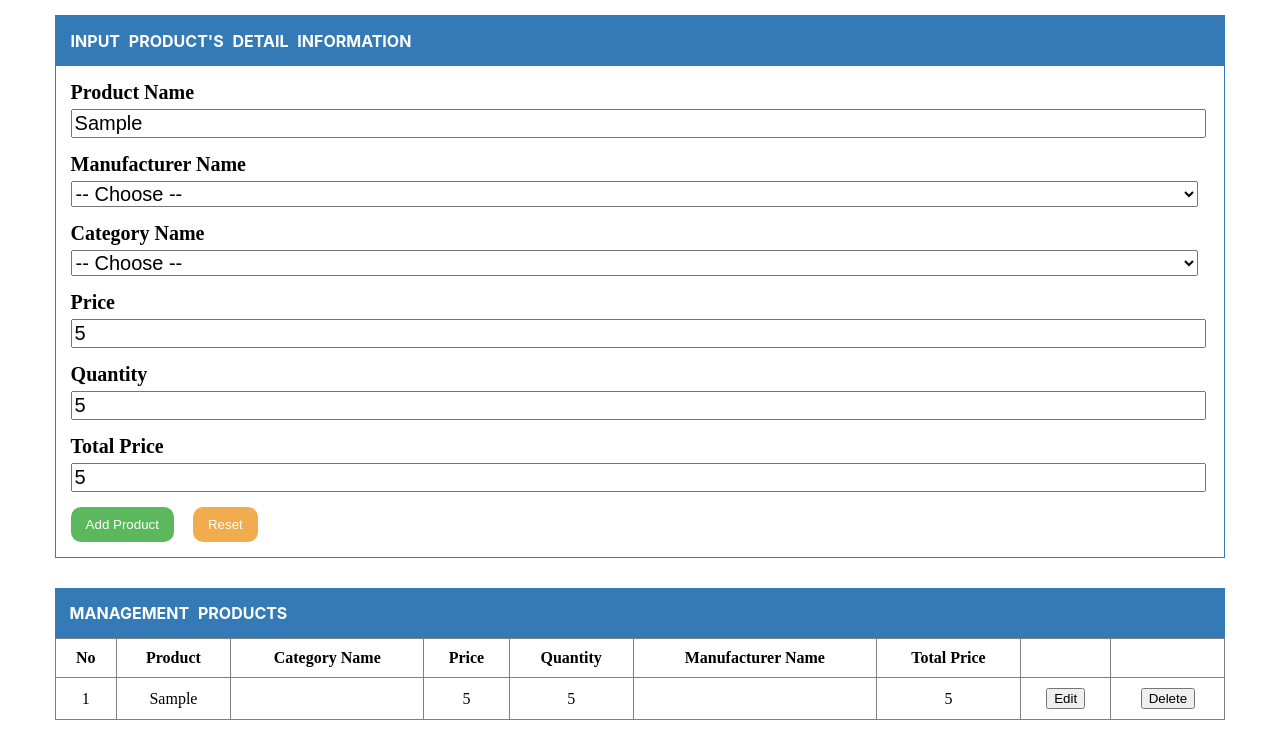
Repository: AnhDuc0125/HTML-Aptech
Page: bt2019/index.html
These files come from the project's save history. The page is drawn as it stood at one moment and after the next save; the edit follows.
The browser window is 1280 px wide. The pictures show the whole page.
Empty fields were first filled with sample values (such as "Sample", 5 or name@example.com).
After loading, the first visible `button.add-btn` was clicked once.

Above is the page before, as saved 2021-12-03 12:07:28.

### bt2019/index.html
<!DOCTYPE html>
<html lang="en">
<head>
    <meta charset="UTF-8">
    <meta http-equiv="X-UA-Compatible" content="IE=edge">
    <meta name="viewport" content="width=device-width, initial-scale=1.0">
    <title>Product Management</title>
    <style>
        .wrapper {
            width: 95%;
            margin: 0 auto;
        }

        .input {
            margin: 15px 15px 30px;
            border: 1px solid #337ab7;
        }

        .table {
            margin: 15px;
        }

        .header {
            background-color: #337ab7;
            color: white;
            padding: 15px;
            text-transform: uppercase;
            font-family: -apple-system, BlinkMacSystemFont, 'Segoe UI', Roboto, Oxygen, Ubuntu, Cantarell, 'Open Sans', 'Helvetica Neue', sans-serif;
            font-weight: bold;
            word-spacing: 5px;
        }

        .form-control label {
            font-weight: bold;
            margin-bottom: 5px;
        }

        .form-control label, .form-control select, .form-control input{
            display: block;
            width: 99%;
            font-size: 20px;
        }

        .form-control {
            margin: 15px;
        }

        .btn {
            padding: 10px 15px;
            margin-right: 15px;
            border-radius: 10px;
            border: none;
            cursor: pointer;
        }

        .reset-btn {
            background-color: #f1ad4d;
            color: white;
        }

        .add-btn {
            background-color: #5cb85c;
            color: white;
        }
    </style>
</head>
<body>
    <div class="wrapper">
        <div class="input">
            <div class="header">
                Input product's detail information
            </div>
            <div class="input-container">
                <form action="post">
                    <div class="form-control">
                        <label for="product-name">Product Name</label>
                        <input type="text" id="product-name-id">
                    </div>
                    <div class="form-control">
                        <label for="Manufacturer-name">Manufacturer Name</label>
                        <select id="manufacturer-name-id" onchange="changeManu()">
                            <option value="">-- Choose --</option>
                        </select>
                    </div>
                    <div class="form-control">
                        <label for="category-name">Category Name</label>
                        <select id="category-name-id">
                            <option value="">-- Choose --</option>
                        </select>
                    </div>
                    <div class="form-control">
                        <label for="price">Price</label>
                        <input type="number" id="price-id">
                    </div>
                    <div class="form-control">
                        <label for="quantity">Quantity</label>
                        <input type="number" id="quantity-id" onchange="addTotalPrice()">
                    </div>
                    <div class="form-control">
                        <label for="total-price">Total Price</label>
                        <input type="number" id="total-price-id">
                    </div>
                    <div class="form-control">
                        <button type="button" class="add-btn btn" onclick="showList()">Add Product</button>
                        <button type="reset" class="reset-btn btn" onclick="reset_input()">Reset</button>
                    </div>
                </form>
            </div>
        </div>
        <div class="table">
            <div class="header">
                Management Products
            </div>
            <div class="list">
                <table border="1" cellpadding="10" style="text-align: center; border-collapse: collapse; width: 100%;">
                    <thead>
                        <tr>
                            <th>No</th>
                            <th>Product</th>
                            <th>Category Name</th>
                            <th>Price</th>
                            <th>Quantity</th>
                            <th>Manufacturer Name</th>
                            <th>Total Price</th>
                            <th></th>
                            <th></th>
                        </tr>
                    </thead>
                    <tbody id="result">

                    </tbody>
                </table>
            </div>
        </div>
    </div>
    <script>
        var manuList = {
            "Apple" : ["Iphone 11", "Iphone 12", "Iphone 13"],
            "SamSung" : ["SamSung Galaxy S1", "SamSung Galaxy S2", "SamSung Galaxy S3"],
            "Google" : ["Google Pixel 4", "Google Pixel 5", "Google Pixel 6"]
        }

        manuListTag = document.getElementById('manufacturer-name-id')
        for(manu in manuList) {
            manuListTag.innerHTML += (` <option value="${manu}">${manu}</option>`)
        }

        function changeManu() {
            var key = manuListTag.value
            var cateList = manuList[key]
            var cateTag = document.getElementById('category-name-id')
            cateTag.innerHTML = ''
            for(cate of cateList){
                cateTag.innerHTML += (`<option value="${cate}">${cate}</option>`)
            }
        }

        function addTotalPrice() {
            var priceTag = document.getElementById('price-id').value
            var quantityTag = document.getElementById('quantity-id').value
            var totalPrice = priceTag * quantityTag

            totalPriceTag = document.getElementById('total-price-id').value = totalPrice
        }

        function reset_input() {
            cateTag = document.getElementById('category-name-id')
            cateTag.innerHTML = (`<option value="">-- Choose --</option>`)
        }

        var index = 0
        function showList() {
            productTag = document.getElementById('product-name-id').value
            cateTag = document.getElementById('category-name-id').value
            priceTag = document.getElementById('price-id').value
            quantityTag = document.getElementById('quantity-id').value
            manuTag = document.getElementById('manufacturer-name-id').value
            totalPriceTag = document.getElementById('total-price-id').value
            document.getElementById('result').innerHTML += (`
                <tr>
                    <td>${++index}</td>
                    <td>${productTag}</td>
                    <td>${cateTag}</td>
                    <td>${priceTag}</td>
                    <td>${quantityTag}</td>
                    <td>${manuTag}</td>
                    <td>${totalPriceTag}</td>
                    <td><button>Edit</button></td>
                    <td><button>Delete</button></td>
                </tr>
            `)
        }

    </script>
</body>
</html>

After the next save:
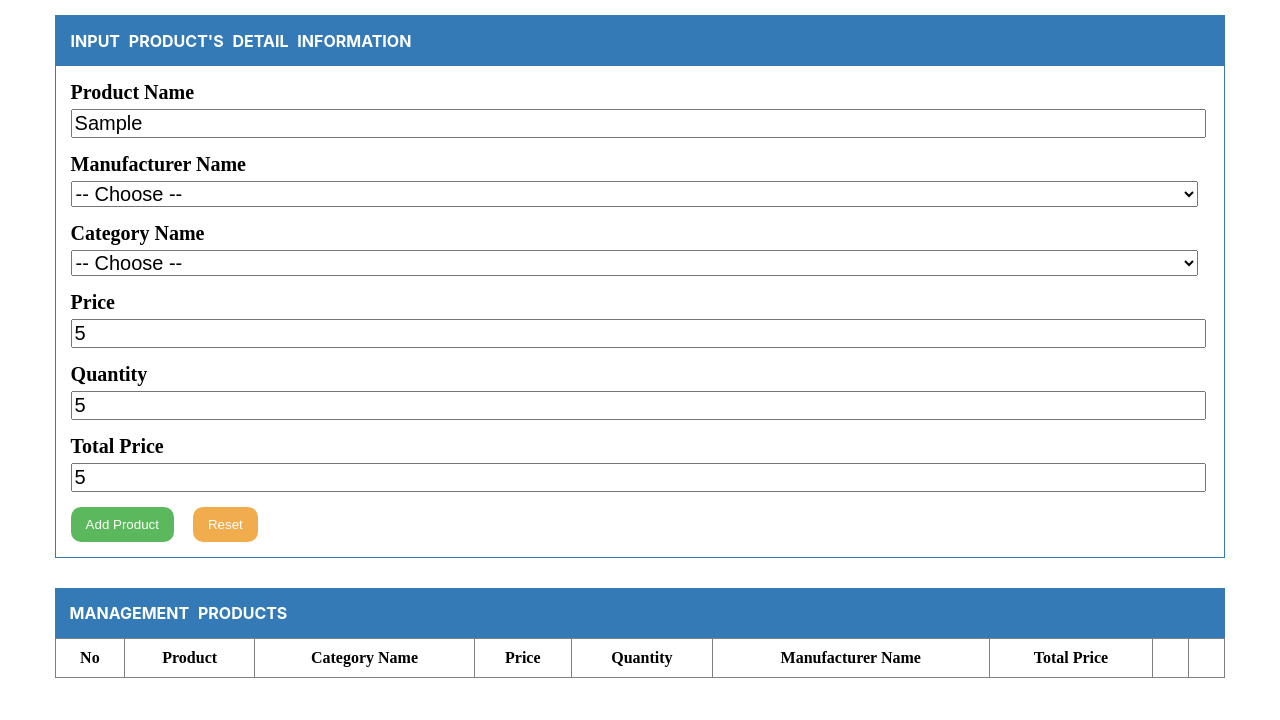
Console error: TypeError: Cannot read properties of undefined (reading 'productTag')
Saved 14 min 40 s later.
--- a/bt2019/index.html
+++ b/bt2019/index.html
@@ -176,21 +176,35 @@
             quantityTag = document.getElementById('quantity-id').value
             manuTag = document.getElementById('manufacturer-name-id').value
             totalPriceTag = document.getElementById('total-price-id').value
+
+            product = {
+                'productTag' : productTag,
+                'cateTag' : cateTag,
+                'priceTag' : priceTag,
+                'quantityTag' : quantityTag,
+                'manuTag' : manuTag,
+                'totalPriceTag' : totalPriceTag
+            }
+
             document.getElementById('result').innerHTML += (`
                 <tr>
-                    <td>${++index}</td>
-                    <td>${productTag}</td>
-                    <td>${cateTag}</td>
-                    <td>${priceTag}</td>
-                    <td>${quantityTag}</td>
-                    <td>${manuTag}</td>
-                    <td>${totalPriceTag}</td>
+                    <td>${index+1}</td>
+                    <td>${product[index].productTag}</td>
+                    <td>${product[index].cateTag}</td>
+                    <td>${product[index].priceTag}</td>
+                    <td>${product[index].quantityTag}</td>
+                    <td>${product[index].manuTag}</td>
+                    <td>${product[index].totalPriceTag}</td>
                     <td><button>Edit</button></td>
                     <td><button>Delete</button></td>
                 </tr>
             `)
         }
 
+        function deleteProduct(index) {
+
+        }
+
     </script>
 </body>
 </html>

After the save that followed:
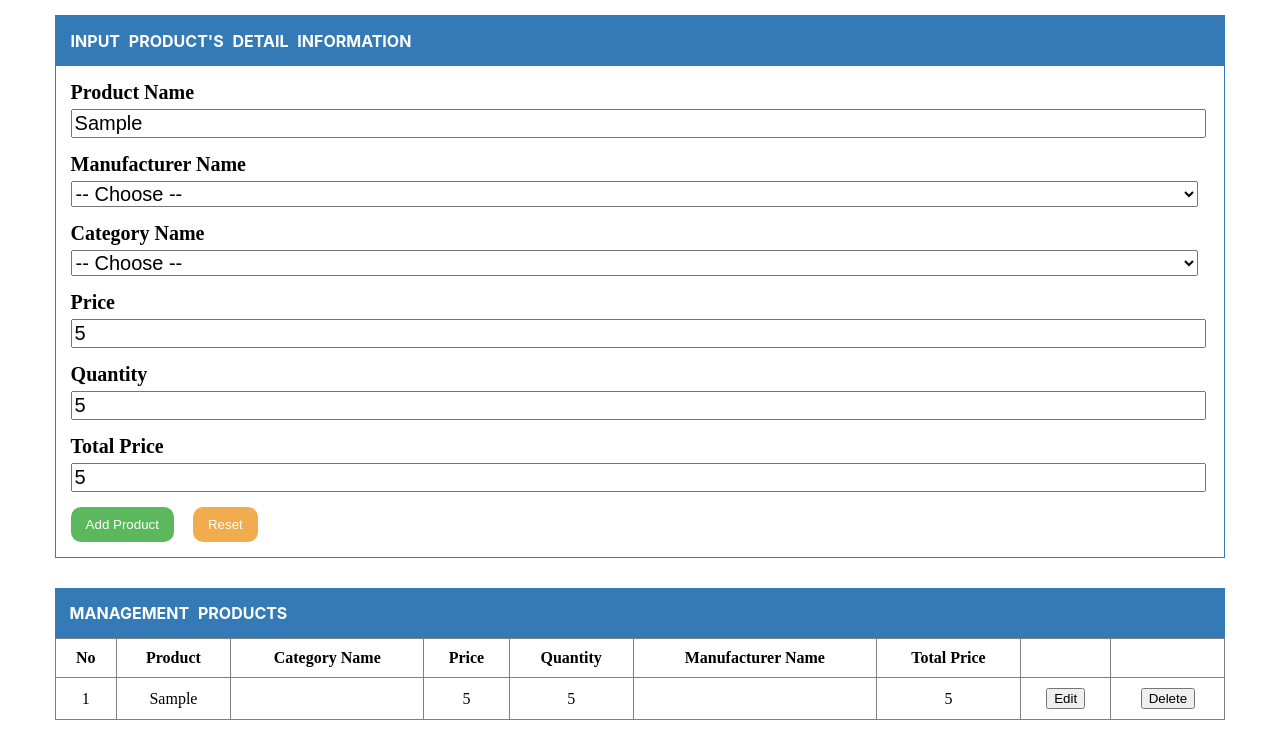
The error is gone.
Saved 95 s later.
--- a/bt2019/index.html
+++ b/bt2019/index.html
@@ -186,15 +186,17 @@
                 'totalPriceTag' : totalPriceTag
             }
 
+
+
             document.getElementById('result').innerHTML += (`
                 <tr>
                     <td>${index+1}</td>
-                    <td>${product[index].productTag}</td>
-                    <td>${product[index].cateTag}</td>
-                    <td>${product[index].priceTag}</td>
-                    <td>${product[index].quantityTag}</td>
-                    <td>${product[index].manuTag}</td>
-                    <td>${product[index].totalPriceTag}</td>
+                    <td>${product.productTag}</td>
+                    <td>${product.cateTag}</td>
+                    <td>${product.priceTag}</td>
+                    <td>${product.quantityTag}</td>
+                    <td>${product.manuTag}</td>
+                    <td>${product.totalPriceTag}</td>
                     <td><button>Edit</button></td>
                     <td><button>Delete</button></td>
                 </tr>
